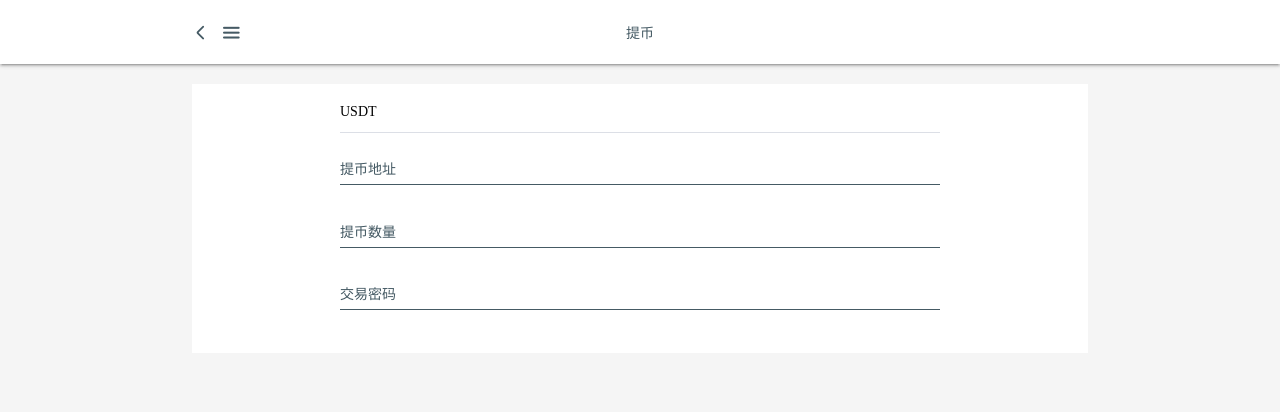
Repository: miyanshichen/ent
Page: /finance/withdraw
An editor plug-in stored every save of this project. The page is shown before and after the next save, followed by the edit.
The browser window is 1280 px wide. The pictures show the whole page.
The project was rebuilt for these pictures with package versions that can differ from the ones it lists, and the page was loaded fresh each time. Also part of the build but not shown: vue.config.js, src/assets/font/iconfont.js.

Above is the page before, as saved 2021-01-13 17:17:56.

After the next save:
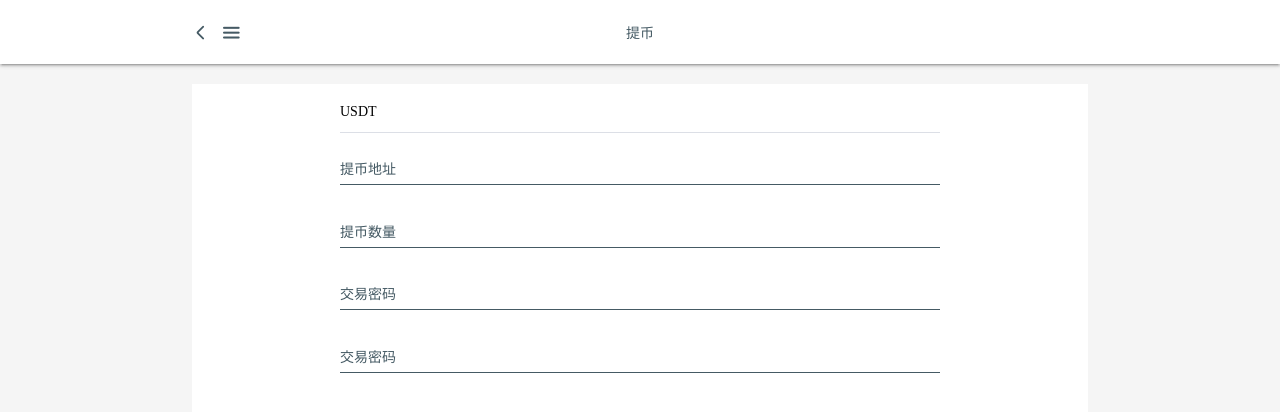
Saved 4 s later.
--- a/src/views/assets/withdraw.vue
+++ b/src/views/assets/withdraw.vue
@@ -13,6 +13,9 @@
             </el-form-item>
             <el-form-item>
               <mc-input title="提币数量"></mc-input>
+            </el-form-item>
+            <el-form-item>
+              <mc-input title="交易密码"></mc-input>
             </el-form-item>
             <el-form-item>
               <mc-input title="交易密码"></mc-input>
